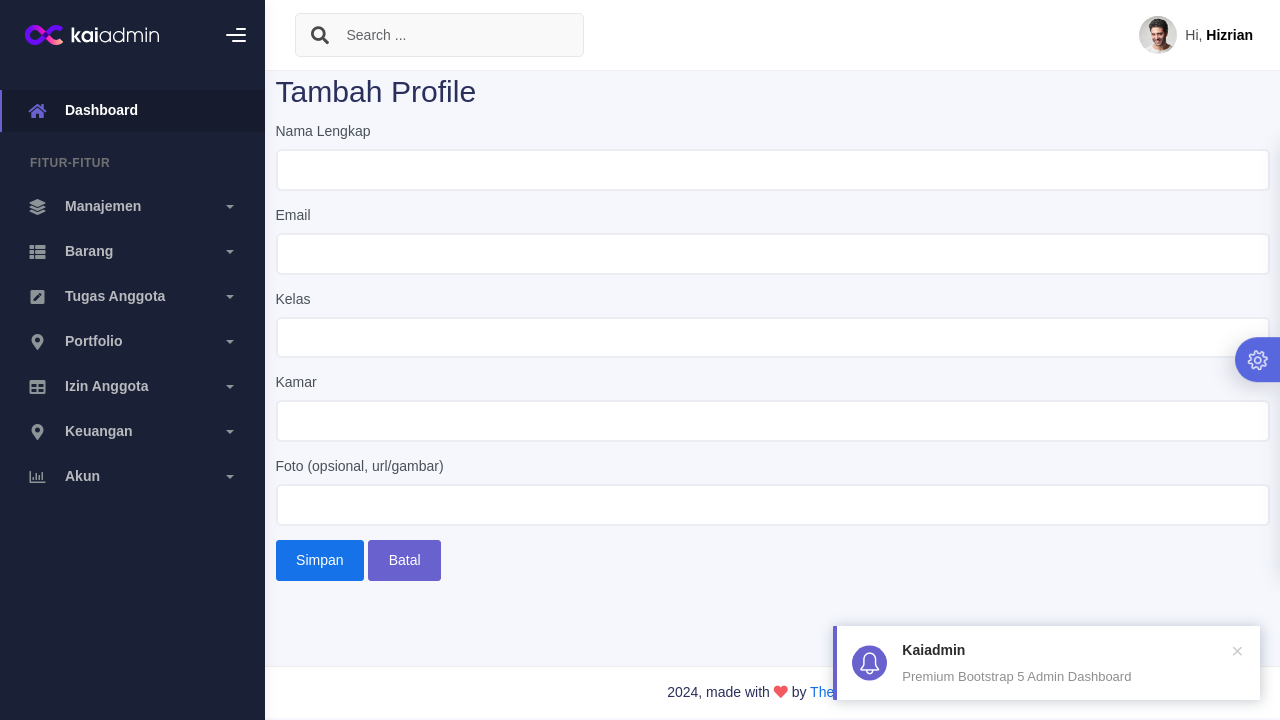
Repository: fatkquladhim/multimedia_laravel
Page: http://localhost/profile/create
These files come from the project's save history. The page is drawn as it stood at one moment and after the next save; the edit follows.
The browser window is 1280 px wide. The pictures show the whole page.
Some web fonts or font styles are not loaded; a fallback is used. The page is served by the project's Laravel application, run on PHP 8.4 with Laravel 12. A made-up administrator, Test User (test@example.com), is signed in.

Above is the page before, as saved 2025-08-17 09:38:19.
Console error: ReferenceError: jsVectorMap is not defined

After the next save:
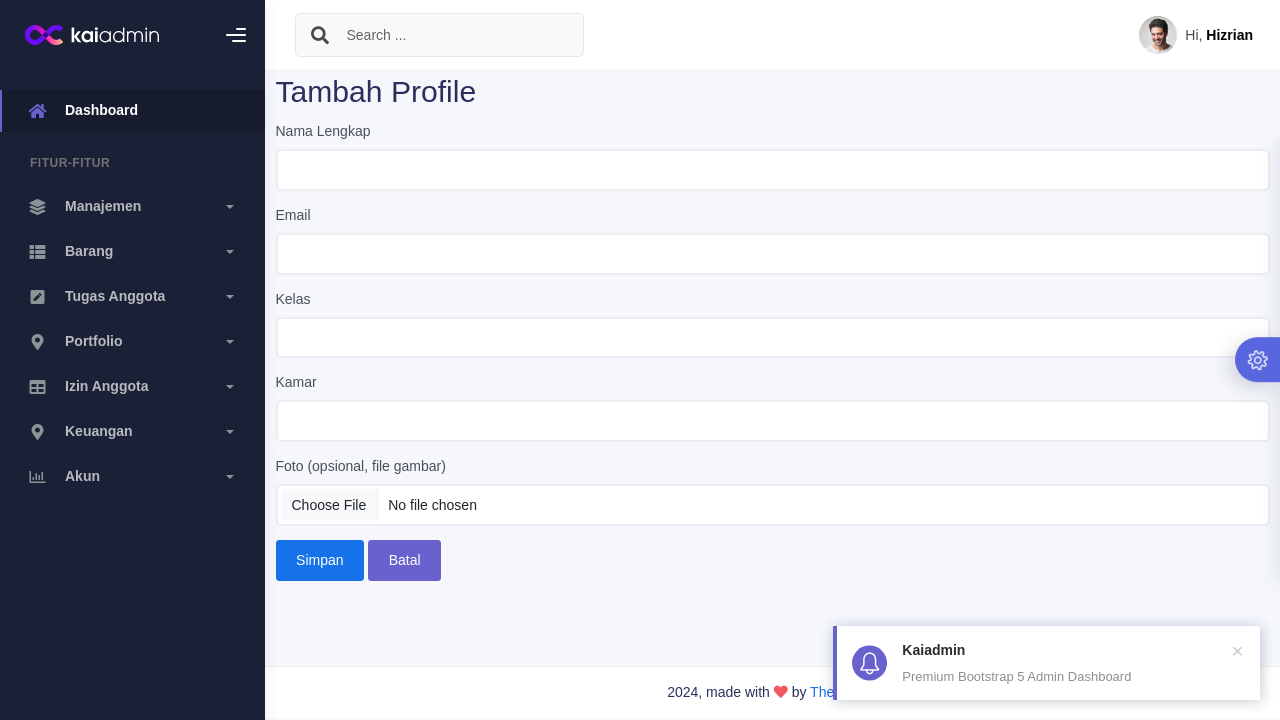
Saved 72 s later.
--- a/resources/views/profile/create.blade.php
+++ b/resources/views/profile/create.blade.php
@@ -21,8 +21,8 @@
             <input type="text" name="kamar" class="form-control" required>
         </div>
         <div class="mb-3">
-            <label for="foto" class="form-label">Foto (opsional, url/gambar)</label>
-            <input type="text" name="foto" class="form-control">
+            <label for="foto" class="form-label">Foto (opsional, file gambar)</label>
+            <input type="file" name="foto" class="form-control" accept="image/*">
         </div>
         <button type="submit" class="btn btn-primary">Simpan</button>
         <a href="{{ route('profile.index') }}" class="btn btn-secondary">Batal</a>
